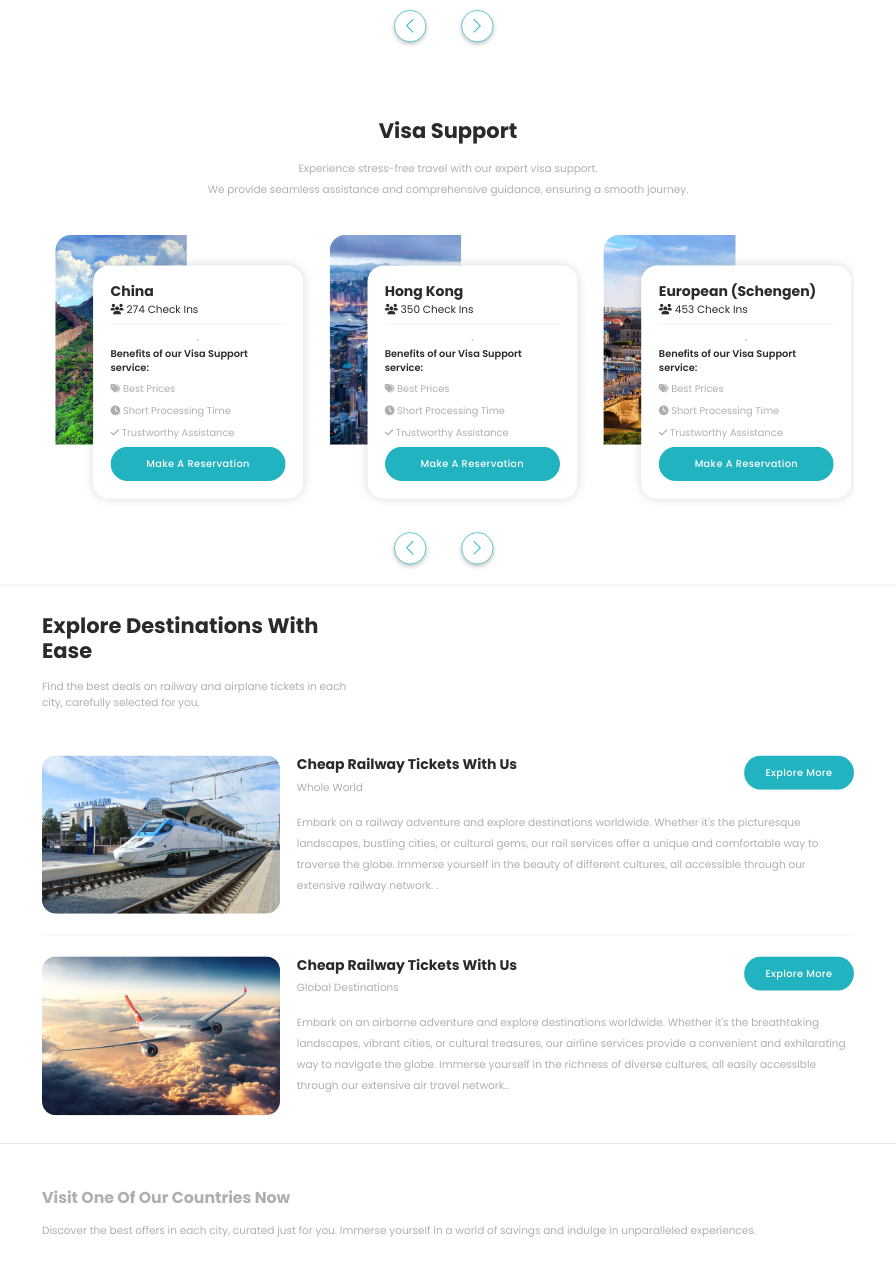
Repository: asadbekdev07/asadbekdev-zamontour-react
Page: /
These files come from the project's save history. The page is drawn as it stood at one moment and after the next save; the edit follows.
The browser window is 1280 px wide. The pictures show the part of the page from y = 1335 to 3255 px (the page is 3159 px tall before and 3255 px after), at 70% of full size.
The project was rebuilt for these pictures with package versions that can differ from the ones it lists, and the page was loaded fresh each time. Also part of the build but not shown: vite.config.js.

Above is the page before, as saved 2024-05-26 19:05:38.

After the next save:
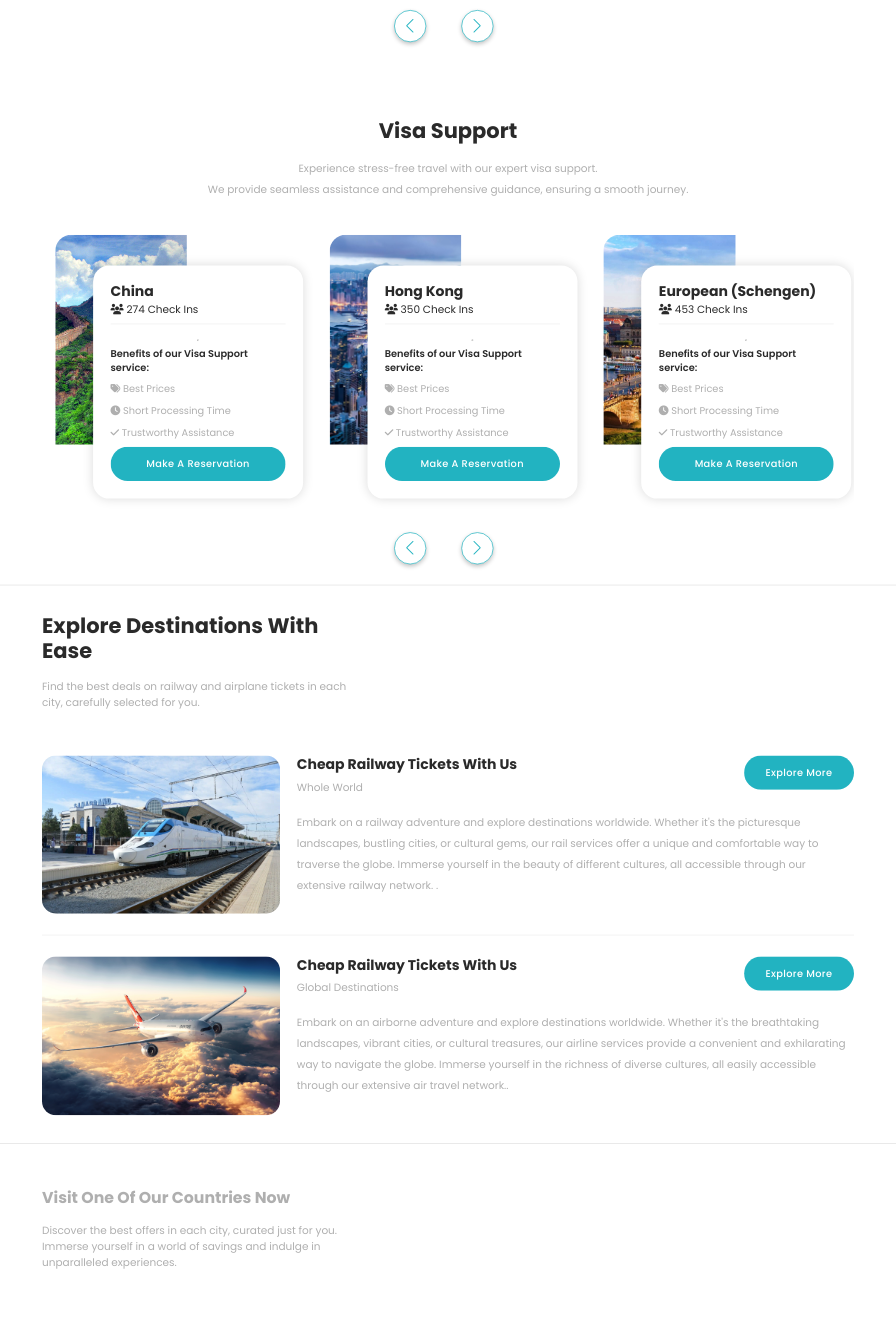
Saved 50 s later.
--- a/src/assets/styles/index.css
+++ b/src/assets/styles/index.css
@@ -584,7 +584,8 @@ select:-webkit-autofill:focus {
   padding: 40px;
 }
 
-.destination__top {
+.destination__top,
+.visit__content {
   width: 100%;
   max-width: 450px;
   margin-bottom: 65px;
